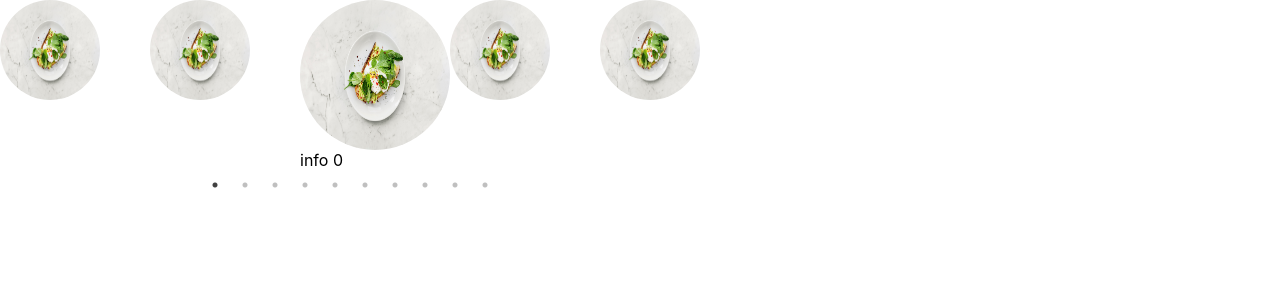
Repository: nambui98/slider
Page: /
These files come from the project's save history. The page is drawn as it stood at one moment and after the next save; the edit follows.
The browser window is 1280 px wide. The pictures show the whole page.
The project was rebuilt for these pictures with package versions that can differ from the ones it lists, and the page was loaded fresh each time. Also part of the build but not shown: vite.config.ts.

Above is the page before, as saved 2022-04-12 09:36:40.

After the next save:
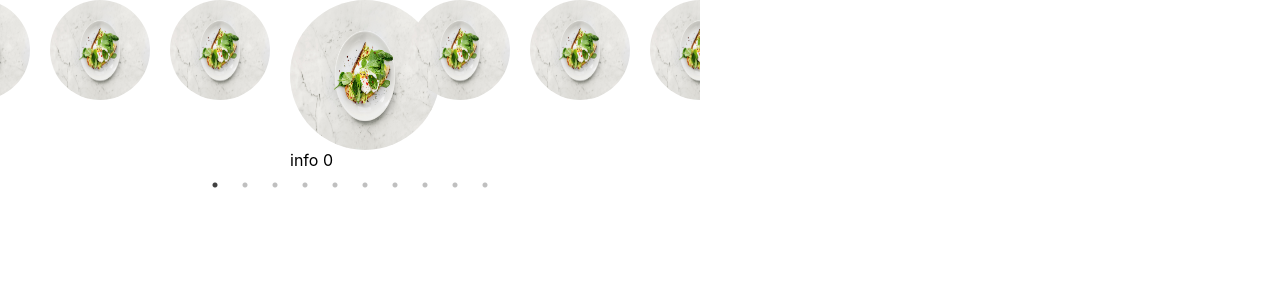
Saved 16 s later.
--- a/src/components/horizolslider/Horizolsider.tsx
+++ b/src/components/horizolslider/Horizolsider.tsx
@@ -48,11 +48,11 @@ const Horizolsider = (props: Props) => {
         dots: true,
         infinite: true,
         speed: 500,
-        slidesToShow: 4,
+        slidesToShow: 5,
         slidesToScroll: 1,
         centerMode: true,
         focusOnSelect: true,
-        centerPadding: 50
+        // centerPadding: 50
     };
     // useEffect(() => {
     //     console.log(overlayRef.current.style.transform);
